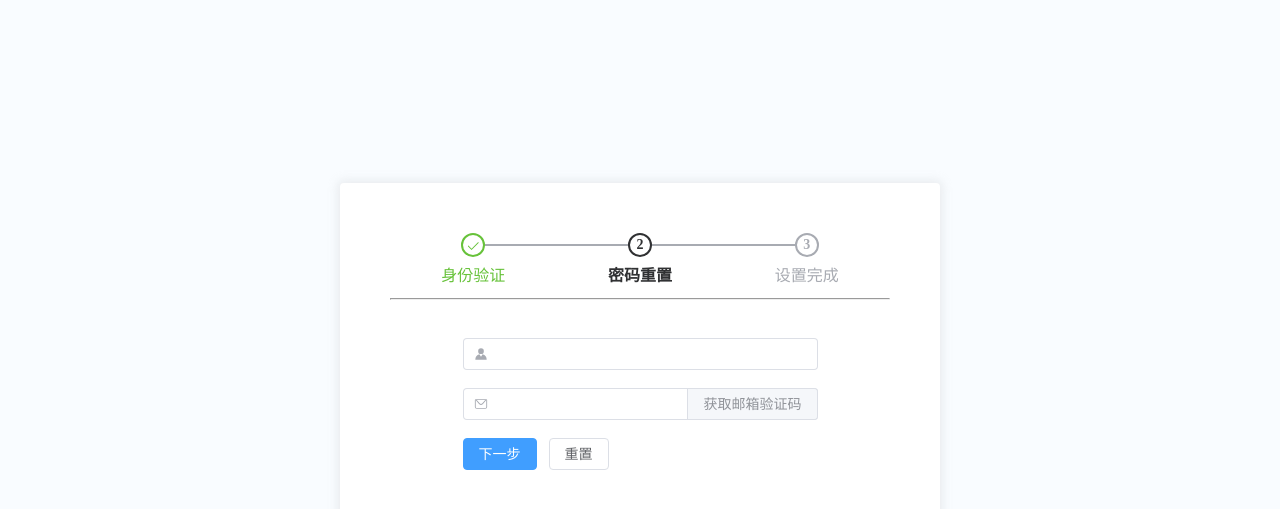
Repository: Harmony-camp/ckw-manager
Page: /#/ForgotPassword (app in manage/)
These files come from the project's save history. The page is drawn as it stood at one moment and after the next save; the edit follows.
The browser window is 1280 px wide. The pictures show the whole page.
The project was rebuilt for these pictures with package versions that can differ from the ones it lists, and the page was loaded fresh each time. Also part of the build but not shown: manage/vite.config.js.

Above is the page before, as saved 2023-05-27 14:22:45.

After the next save:
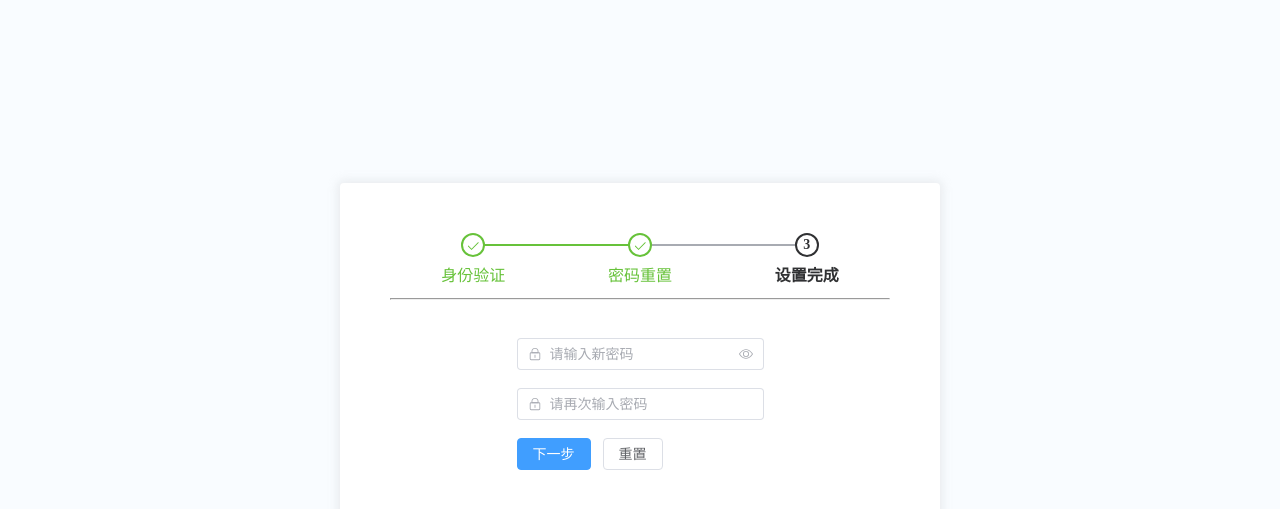
Saved 14 s later.
--- a/manage/src/views/login/ForgotPassword.vue
+++ b/manage/src/views/login/ForgotPassword.vue
@@ -75,7 +75,7 @@ import {ElMessage} from 'element-plus'
 import {GetEmailCode} from '../../api'
 import md5 from 'md5'
 
-const active = ref(1);
+const active = ref(2);
 const passwd = ref("")
 const setPasswd = reactive({})
 const identity = reactive({})
